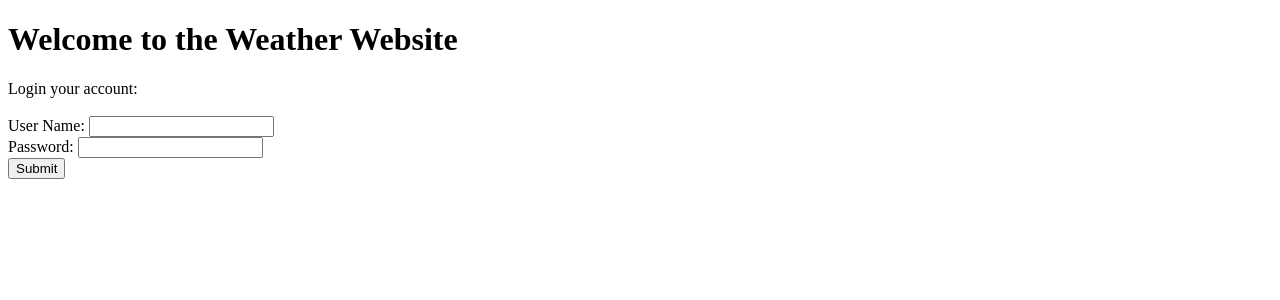
Repository: abuchanan11/CS485
Page: http://localhost/WeatherSite/
An editor plug-in stored every save of this project. The page is shown before and after the next save, followed by the edit.
The browser window is 1280 px wide. The pictures show the whole page.
The page is served by Tomcat 9.

Above is the page before, as saved 2015-12-01 20:53:58.

After the next save:
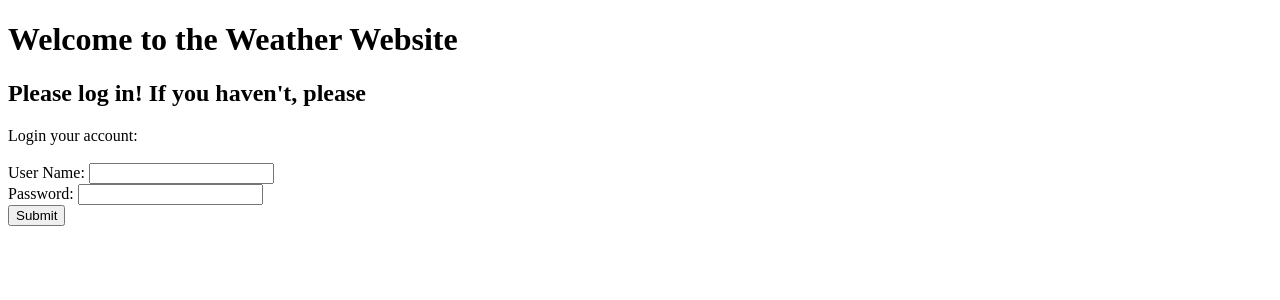
Saved 12 min 5 s later.
--- a/WeatherSite/WebContent/index.jsp
+++ b/WeatherSite/WebContent/index.jsp
@@ -11,6 +11,7 @@
 <%@ page import="db.*" %>
 
 <h1>Welcome to the Weather Website</h1>
+<h2>Please log in! If you haven't, please </h2>
 <form  action="index.jsp" method="get">
 Login your account:<br/><br/>
 
